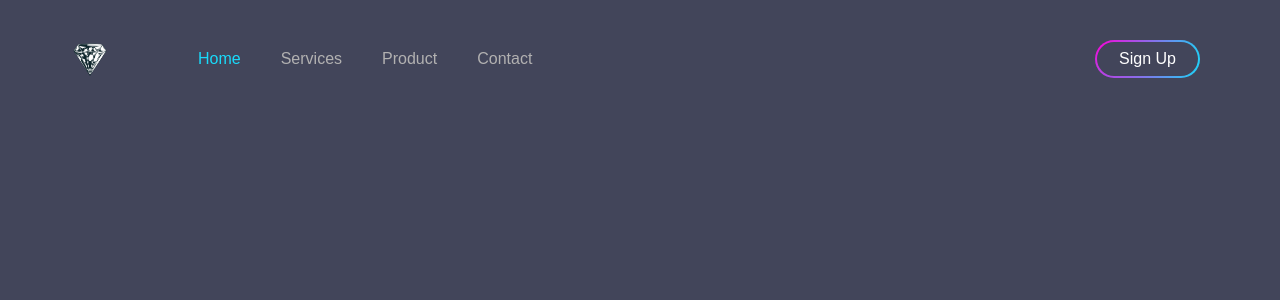
Repository: Aakarshit-Sharma19/Basic-HTML-and-CSS-Page-
Page: index.html
These files come from the project's save history. The page is drawn as it stood at one moment and after the next save; the edit follows.
The browser window is 1280 px wide. The pictures show the whole page.

Above is the page before, as saved 2020-11-10 15:11:37.

### index.html
<!DOCTYPE html>
<html lang="en">

<head>
    <title>Crypto Currency Web App - Easy Tutorials</title>
    <link rel="stylesheet" href="style.css">
</head>

<body>
    <div class="container">
        <div class="menu">
            <ul>
                <li class="logo"><img src="1349.png" alt="diamond"></li>
                <li class="active">Home</li>
                <li>Services</li>
                <li>Product</li>
                <li>Contact</li>
                <li><a href="#" class="signup-btn"><span>Sign Up</span></a></li>
            </ul>
        </div>
    </div>
</body>

</html>

### style.css
* {
    margin: 0;
    padding: 0;
    font-family: sans-serif;
}

body{
    background: #42455a;
}
.container{
    width: 100%;
    height: 100%;
}

.menu ul{
    display: inline-flex;
    margin: 50px;
}

.menu ul li{
    list-style: none;
    margin: 0 20px;
    color: #b2b1b1;
    cursor: pointer;
}

.logo img{
    width: 40px;
    margin-top: -12px;
    margin-right: 48px;
}

.active{
    color: #19dafa!important;
}

.signup-btn{
    top: 40px;
    right: 80px;
    position: absolute;
    text-decoration: none;
    color: #fff;
    border: 2px solid transparent;
    border-radius: 20px;
    background-image: linear-gradient(#42455a, #42455a), radial-gradient(circle at top left, #fd00da, #19d7f8);
    background-origin: border-box;
    background-clip: content-box,border-box;
}

.signup-btn span{
    display: block;
    padding: 8px 22px;
}

After the next save:
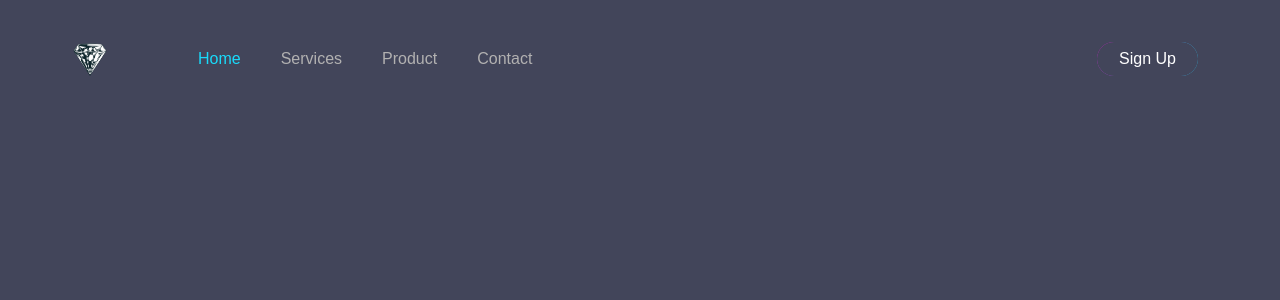
Saved 6 s later.
--- a/style.css
+++ b/style.css
@@ -44,7 +44,7 @@ body{
     border-radius: 20px;
     background-image: linear-gradient(#42455a, #42455a), radial-gradient(circle at top left, #fd00da, #19d7f8);
     background-origin: border-box;
-    background-clip: content-box,border-box;
+    background-clip: content-box;
 }
 
 .signup-btn span{

After the 2 saves that followed:
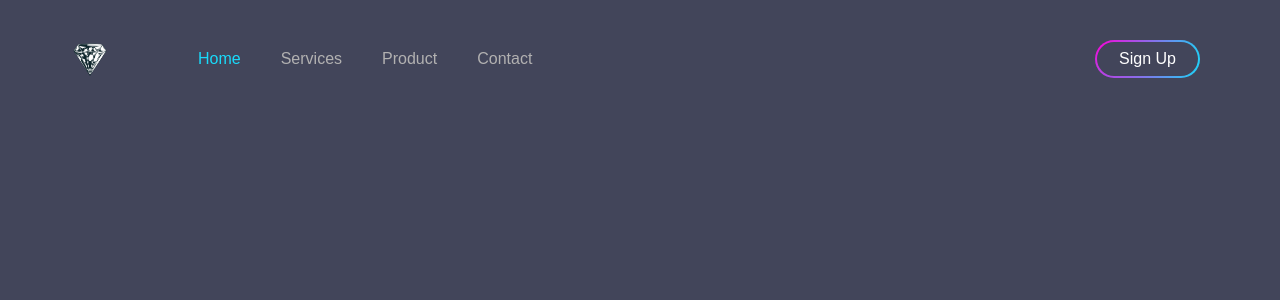
The 2 saves are shown as one change because they came seconds apart.
The last was saved 9 s later.
--- a/style.css
+++ b/style.css
@@ -44,7 +44,7 @@ body{
     border-radius: 20px;
     background-image: linear-gradient(#42455a, #42455a), radial-gradient(circle at top left, #fd00da, #19d7f8);
     background-origin: border-box;
-    background-clip: content-box;
+    background-clip: content-box,border-box;
 }
 
 .signup-btn span{
